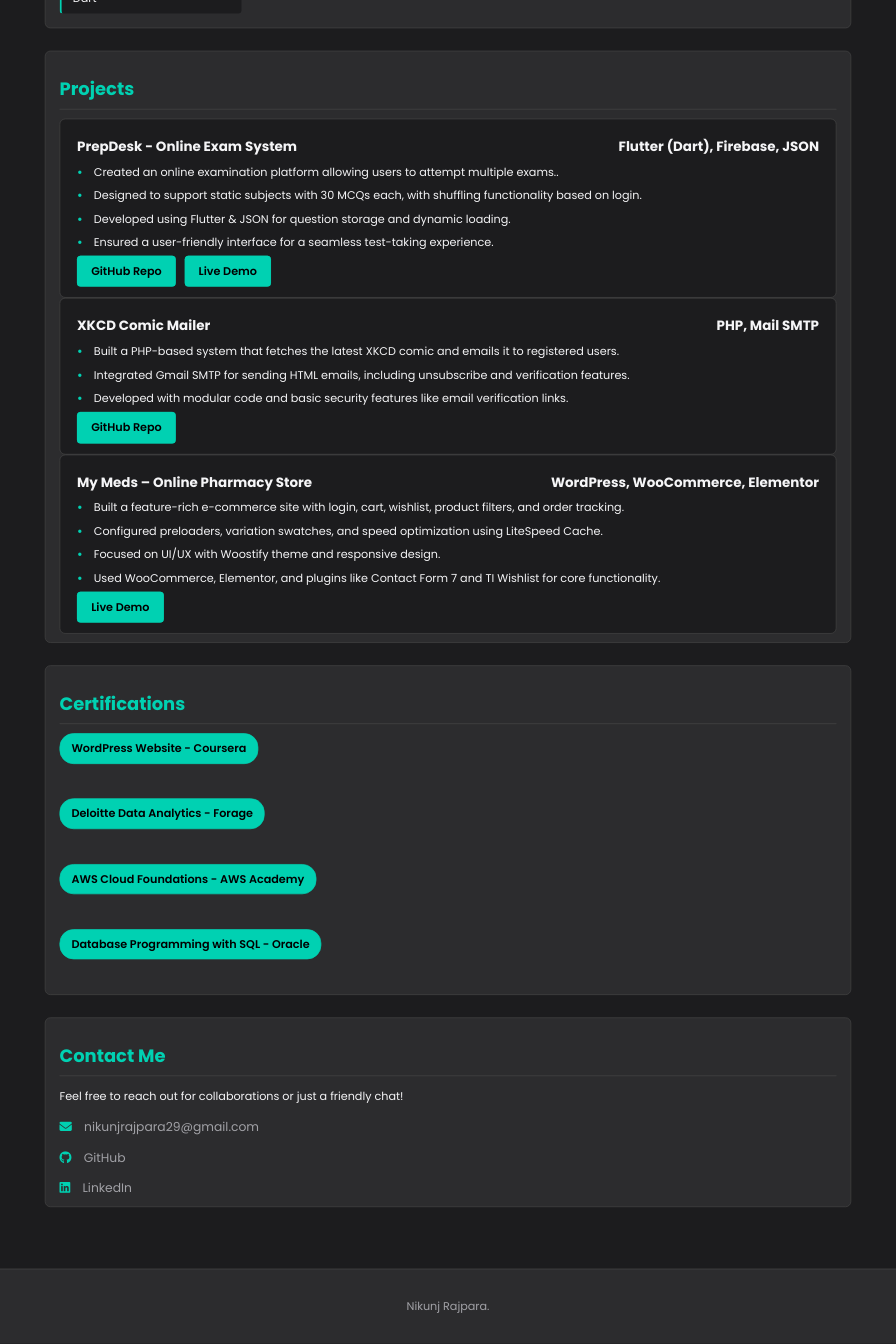
Repository: NikunjRajpara/portfolio
Page: index.html
The author's editor kept a copy of each file at every save. The page is drawn from the files as they stood at one save, then again after the next save.
The browser window is 1280 px wide. The pictures show the part of the page from y = 1928 to 3848 px (the page is 3848 px tall before and 3538 px after), at 70% of full size.

Above is the page before, as saved 2025-07-23 11:15:20.

### index.html
<!DOCTYPE html>
<html lang="en">
<head>
    <meta charset="UTF-8">
    <meta name="viewport" content="width=device-width, initial-scale=1.0">
    <title>Nikunj Rajpara | Personal Portfolio</title>
    <link rel="stylesheet" href="style.css">
    <link rel="preconnect" href="https://fonts.googleapis.com">
    <link rel="preconnect" href="https://fonts.gstatic.com" crossorigin>
    <link href="https://fonts.googleapis.com/css2?family=Poppins:wght@300;400;600;700&display=swap" rel="stylesheet">
    <link rel="stylesheet" href="https://cdnjs.cloudflare.com/ajax/libs/font-awesome/6.5.1/css/all.min.css">
</head>
<body>

    <!-- Header Section -->
    <header>
        <nav>
            <div class="logo">Nikunj Rajpara</div>
            <ul class="nav-links">
  <li><a href="#about">About</a></li>
  <li><a href="#education">Education</a></li>
  <li><a href="#experience">Experience</a></li>
  <li><a href="#skills">Skills</a></li>
  <li><a href="#projects">Projects</a></li>
  <li><a href="#certifications">Certifications</a></li>
  <li><a href="#contact">Contact</a></li>
</ul>

        </nav>
    </header>

    <!-- Main Content -->
    <main>
        <!-- Hero Section -->
        <section id="hero">
            <div class="hero-content">
                <img src="https://github.com/user-attachments/assets/263757a8-381b-4890-8bf0-0c66ba8d1ebf" alt="Profile Picture of Nikunj Rajpara" class="profile-img">
                <div class="hero-text">
                    <h1>MERN Stack Developer</h1>
                    <p>A passionate developer focused on building secure, scalable, and modern web applications.</p>
                </div>
            </div>
        </section>

        <!-- About Section -->
        <section id="about">
            <h2>About Me</h2>
            <div class="About-item">
            <ul class="introduction">
                    <li>I'm a Computer Engineering student at Marwadi University, passionate about exploring how technology works and bringing ideas to life through hands-on experience. With a strong foundation, I am sharpening my skills as a Mern Stack Intern at BrainyBeam Technologies.</li>
                    <li> I thrive on turning ideas into functional, scalable solutions. With hands-on experience and a solid understanding, I am now expanding my horizons into open-source development. I’ve learned the importance of clean code, version control, and team collaboration — all principles I carry into every project.</li>
                    <li> I’m actively seeking internship opportunities in software development and tech-driven roles where I can grow, collaborate, and make an impact.</li>
                    <li>Let’s connect!</li>
                    </div>
        </section>

        <!-- Education Section -->
<section id="education">
  <h2>Education</h2>
  <div class="education-item">
    <p><strong>Marwadi University, Rajkot</strong></p>
    <p><strong>Computer Engineering - Diploma</strong><br>Oct 2020 - May 2023 | CGPA: 8.13</p>
  </div>
  <div class="education-item">
    <p><strong>Marwadi University, Rajkot</strong></p>
    <p><strong>Computer Engineering - B. Tech</strong><br>Sept 2023 - May 2026</p>
  </div>
</section>

        <!-- Experience Section -->
        <section id="experience">
            <h2>Experience</h2>
            <div class="experience-item">
                <div class="experience-header">
                    <h3>Brainy Beam Technologies | MERN Stack Intern</h3>
                    <span class="experience-location">Ahmedabad, Gujarat | May 2025 – June 2025</span>
                </div>
                <ul class="experience-details">
                    <li>Developed secure authentication and registration flows with real-time validation and structured error handling.</li>
                    <li>Built Core page layouts including routing, profile modules, and dashboard navigation with a clean, scalable architecture.</li>
                    <li>Followed modern web development standards and clean code practices, ensuring maintainability, performance, and security.</li>
                </ul>
            </div>
        </section>

        <!-- Skills Section -->
        <section id="skills">
            <h2>My Skills</h2>
            <div class="skills-container">
                <div class="skill-category">
                    <h3>Programming Languages</h3>
                    <ul>
                        <li>PHP</li>
                        <li>HTML & CSS</li>
                        <li>JavaScript</li>
                        <li>SQL</li>
                        <li>Dart</li>
                    </ul>
                </div>
                <div class="skill-category">
                    <h3>Libraries & Frameworks</h3>
                    <ul>
                        <li>React</li>
                        <li>Node</li>
                        <li>Flutter</li>
                    </ul>
                </div>
                <div class="skill-category">
                    <h3>Tools & Platforms</h3>
                    <ul>
                        <li>VS Code</li>
                        <li>Git & GitHub</li>
                        <li>Netlify</li>
                    </ul>
                </div>
                <div class="skill-category">
                    <h3>Databases</h3>
                    <ul>
                        <li>MySQL</li>
                        <li>Firebase</li>
                    </ul>
                </div>
            </div>
        </section>

        <!-- Projects Section -->
        <section id="projects">
            <h2>Projects</h2>
            <div class="project-card">
                <div class="project-header">
                    <h3>PrepDesk - Online Exam System</h3>
                    <span class="project-tech">Flutter (Dart), Firebase, JSON</span>
                </div>
                <ul class="project-details">
                    <li>Created an online examination platform allowing users to attempt multiple exams..</li>
                    <li>Designed to support static subjects with 30 MCQs each, with shuffling functionality based on login.</li>
                    <li>Developed using Flutter & JSON for question storage and dynamic loading.</li>
                    <li>Ensured a user-friendly interface for a seamless test-taking experience.</li>
                <div class="project-links">
                    <a href="https://github.com/NikunjRajpara/prepdesk" class="btn-link">GitHub Repo</a>
                    <a href="https://prepdeskexam.netlify.app/" class="btn-link">Live Demo</a>
                </div>
            </div>

            <div class="project-card">
  <div class="project-header">
    <h3>XKCD Comic Mailer</h3>
    <span class="project-tech">PHP, Mail SMTP</span>
  </div>
  <ul class="project-details">
    <li>Built a PHP-based system that fetches the latest XKCD comic and emails it to registered users.</li>
    <li>Integrated Gmail SMTP for sending HTML emails, including unsubscribe and verification features.</li>
    <li>Developed with modular code and basic security features like email verification links.</li>
  </ul>
  <div class="project-links">
    <a href="https://github.com/NikunjRajpara/XKCD-Comic" class="btn-link">GitHub Repo</a>
  </div>
</div>

<div class="project-card">
  <div class="project-header">
    <h3>My Meds – Online Pharmacy Store</h3>
    <span class="project-tech">WordPress, WooCommerce, Elementor</span>
  </div>
  <ul class="project-details">
    <li>Built a feature-rich e-commerce site with login, cart, wishlist, product filters, and order tracking.</li>
    <li>Configured preloaders, variation swatches, and speed optimization using LiteSpeed Cache.</li>
    <li>Focused on UI/UX with Woostify theme and responsive design.</li>
    <li>Used WooCommerce, Elementor, and plugins like Contact Form 7 and TI Wishlist for core functionality.</li>
  </ul>
  <div class="project-links">
    <a href="https://mymeds.42web.io/" class="btn-link">Live Demo</a>
  </div>
</div>

        </section>

       <!-- Certifications Section -->
<section id="certifications">
  <h2>Certifications</h2>
  <div class="certifications-container">
    <a href="https://www.coursera.org/account/accomplishments/verify/JCHUG2V3B9CD" target="_blank" class="cert-badge">WordPress Website - Coursera</a><br>
    <a href="https://forage-uploads-prod.s3.amazonaws.com/completion-certificates/9PBTqmSxAf6zZTseP/io9DzWKe3PTsiS6GG_9PBTqmSxAf6zZTseP_cTxrjBYMDmJePsFNL_1745661196625_completion_certificate.pdf" target="_blank" class="cert-badge">Deloitte Data Analytics - Forage</a><br>
    <a href="https://www.credly.com/badges/220a269f-0b0c-48c9-b872-8cb1258a5f5d" target="_blank" class="cert-badge">AWS Cloud Foundations - AWS Academy</a><br>
    <a href="https://drive.google.com/file/d/12mJQulLoDs20k5aMf6YPIAZCJ1PORaJe/view" target="_blank" class="cert-badge">Database Programming with SQL - Oracle</a><br>
  </div>
</section>



        <!-- Contact Section -->
        <aside id="contact">
            <h2>Contact Me</h2>
            <p>Feel free to reach out for collaborations or just a friendly chat!</p>
            <div class="contact-links">
                <a href="mailto:nikunjrajpara29@gmail.com"><i class="fas fa-envelope"></i> nikunjrajpara29@gmail.com</a>
                <a href="https://github.com/NikunjRajpara"><i class="fab fa-github"></i> GitHub</a>
                <a href="https://www.linkedin.com/in/nikunj-rajpara-4628a0247/"><i class="fab fa-linkedin"></i> LinkedIn</a>
            </div>
        </aside>
    </main>

    <!-- Footer -->
    <footer>
        <p>Nikunj Rajpara.</p>
    </footer>

</body>
</html>

### style.css
/* CSS Variables for easy color changes */
:root {
    --primary-neon: #00d1b2; /* A vibrant, modern teal/neon color */
    --background-dark: #1c1c1e;
    --content-dark: #2c2c2e;
    --text-light: #f5f5f7;
    --text-muted: #a1a1a6;
    --border-color: #444;
}

/* FIX: This tells the browser to leave 80px of space at the top when scrolling to an element */
html {
    scroll-behavior: smooth;
    scroll-padding-top: 80px;
}

/* General Body Styles */
body {
    font-family: 'Poppins', sans-serif;
    margin: 0;
    padding: 0;
    background-color: var(--background-dark);
    color: var(--text-light);
    line-height: 1.6;
}

/* Header and Navigation */
header {
    background-color: var(--content-dark);
    box-shadow: 0 2px 4px rgba(0,0,0,0.3);
    padding: 1rem 5%;
    position: sticky;
    top: 0;
    z-index: 1000;
}

nav {
    display: flex;
    justify-content: space-between;
    align-items: center;
}

.logo {
    font-size: 1.5rem;
    font-weight: 700;
    color: var(--primary-neon);
    text-shadow: 0 0 5px rgba(0, 209, 178, 0.7);
}

.nav-links {
    list-style: none;
    display: flex;
    gap: 1.5rem;
    margin: 0;
    padding: 0;
}

.nav-links a {
    text-decoration: none;
    color: var(--text-muted);
    font-weight: 600;
    transition: color 0.3s ease, text-shadow 0.3s ease;
}

.nav-links a:hover {
    color: var(--primary-neon);
    text-shadow: 0 0 3px rgba(0, 209, 178, 0.5);
}

/* Main Content and Sections */
main {
    padding: 1.5rem 5%;
}

section, aside {
    margin-bottom: 2rem;
    padding: 0.75rem 1.25rem; /* Reduced top and bottom padding */
    background-color: var(--content-dark);
    border-radius: 8px;
    border: 1px solid var(--border-color);
}

h1, h2, h3 {
    color: var(--text-light);
}

h1 {
    font-size: 2.5rem;
    margin-bottom: 0.5rem;
}

h2 {
    font-size: 1.6rem;
    color: var(--primary-neon);
    margin-bottom: 0.8rem;
    border-bottom: 1px solid var(--border-color);
    padding-bottom: 0.5rem;
}

/* Hero Section */
#hero {
    background: none;
    border: none;
    text-align: center;
    padding-top: 1rem;
}

.hero-content {
    display: flex;
    flex-direction: column;
    align-items: center;
    gap: 0.5rem; /* Reduced gap */
}

.profile-img {
    width: 150px;
    height: 150px;
    border-radius: 50%;
    border: 4px solid var(--primary-neon);
    box-shadow: 0 0 25px rgba(0, 209, 178, 0.5);
}

.hero-text h1 {
    color: var(--text-light);
    font-weight: 700;
    margin: 0; /* Removed all margins */
    line-height: 1.2; /* Tightened line height */
}

.hero-text p {
    font-size: 1.1rem;
    color: var(--text-muted);
    font-weight: 300;
    margin: 0; /* Removed all margins */
}

.introduction {
    list-style: none;
    padding-left: 0;
    margin: 0;
}
.About-item {
    background: var(--background-dark);
    padding: 1.5rem;
    border-radius: 8px;
    border: 1px solid var(--border-color);
}
.introduction{
    padding-left: 1.5rem;
    position: relative;
    margin-bottom: 0.5rem;
}

.introduction li::before {
    content: '•';
    color: var(--primary-neon);
    font-weight: bold;
    display: inline-block;
    position: absolute;
    left: 0;
}

/* Experience Section */
.experience-item {
    background: var(--background-dark);
    padding: 1.5rem;
    border-radius: 8px;
    border: 1px solid var(--border-color);
}

.experience-header {
    display: flex;
    justify-content: space-between;
    align-items: baseline;
    margin-bottom: 1rem;
}

.experience-header h3 {
    margin: 0;
    font-size: 1.2rem;
    font-weight: 700;
    color: var(--text-light);
}

.experience-location {
    font-size: 1.2rem;
    color: var(--text-light);
    font-style: normal;
    font-weight: 700;
    white-space: nowrap;
    padding-left: 1rem;
}

.experience-details {
    list-style: none;
    padding-left: 0;
    margin: 0;
}

.experience-details li {
    padding-left: 1.5rem;
    position: relative;
    margin-bottom: 0.5rem;
}

.experience-details li::before {
    content: '•';
    color: var(--primary-neon);
    font-weight: bold;
    display: inline-block;
    position: absolute;
    left: 0;
}

/* Skills Section */
.skills-container {
    display: grid;
    grid-template-columns: repeat(auto-fit, minmax(220px, 1fr));
    gap: 1.5rem;
}

.skill-category h3 {
    color: var(--primary-neon);
    font-size: 1.2rem;
    margin-bottom: 1rem;
}

.skill-category ul {
    list-style: none;
    padding: 0;
    margin: 0;
}

.skill-category li {
    background-color: var(--background-dark);
    padding: 0.6rem 1rem;
    margin-bottom: 0.5rem;
    border-radius: 5px;
    border-left: 3px solid var(--primary-neon);
    transition: transform 0.2s ease, box-shadow 0.2s ease;
}

.skill-category li:hover {
    transform: translateX(5px);
    box-shadow: 0 0 10px rgba(0, 209, 178, 0.3);
}


/* Projects Section */
.project-card {
    background: var(--background-dark);
    padding: 1.5rem;
    border-radius: 8px;
    border: 1px solid var(--border-color);
}

.project-header {
    display: flex;
    justify-content: space-between;
    align-items: baseline;
    margin-bottom: 0.5rem;
}

.project-header h3 {
    margin: 0;
    font-size: 1.2rem;
    font-weight: 700;
}

.project-tech {
    font-size: 1.2rem;
    color: var(--text-light);
    font-style: normal;
    font-weight: 700;
    white-space: nowrap;
    padding-left: 1rem;
}

.project-details {
    list-style: none;
    padding-left: 0;
    margin: 0;
}

.project-details li {
    padding-left: 1.5rem;
    position: relative;
    margin-bottom: 0.5rem;
}

.project-details li::before {
    content: '•';
    color: var(--primary-neon);
    font-weight: bold;
    display: inline-block;
    position: absolute;
    left: 0;
}

.project-links {
    margin-top: 1rem;
}

.btn-link {
    text-decoration: none;
    background-color: var(--primary-neon);
    color: #000;
    padding: 0.6rem 1.2rem;
    border-radius: 5px;
    font-weight: 600;
    transition: background-color 0.3s ease, box-shadow 0.3s ease;
    margin-right: 0.5rem;
    border: 1px solid var(--primary-neon);
}

.btn-link:hover {
    background-color: transparent;
    color: var(--primary-neon);
    box-shadow: 0 0 15px rgba(0, 209, 178, 0.6);
}

/* Contact Section */
#contact .contact-links {
    display: flex;
    flex-direction: column;
    gap: 1rem;
}

#contact .contact-links a {
    text-decoration: none;
    color: var(--text-muted);
    font-size: 1.1rem;
    transition: color 0.3s ease;
}

#contact .contact-links a:hover {
    color: var(--primary-neon);
}

#contact .contact-links i {
    margin-right: 0.8rem;
    color: var(--primary-neon);
}

/* Footer */
footer {
    text-align: center;
    padding: 1.5rem 5%;
    background-color: var(--content-dark);
    color: var(--text-muted);
    margin-top: 2rem;
    border-top: 1px solid var(--border-color);
}

/* Responsive Design */
@media (max-width: 768px) {
    nav {
        flex-direction: column;
        gap: 1rem;
    }

    .nav-links {
        flex-wrap: wrap;
        justify-content: center;
        gap: 0.5rem 1rem;
    }

    h1 {
        font-size: 2rem;
    }

    h2 {
        font-size: 1.5rem; /* Adjusted for mobile */
    }

    main {
        padding: 1.5rem 3%;
    }

    .skills-container {
        grid-template-columns: 1fr;
    }

    .experience-header,
    .project-header {
       flex-direction: column;
       align-items: flex-start;
       gap: 0.25rem;
    }
}

.certifications-container {
    display: flex;
    flex-direction: column;
    gap: 0.75rem;
    align-items: flex-start; /* Align badges to left without stretching */
}



.cert-badge {
    display: inline-block;
    width: auto;
    background-color: var(--primary-neon);
    color: #000;
    padding: 0.5rem 1rem;
    border-radius: 20px;
    font-weight: 600;
    text-decoration: none;
    transition: background-color 0.3s ease, color 0.3s ease, box-shadow 0.3s ease;
    border: 1px solid var(--primary-neon);
}

.cert-badge:hover {
    background-color: transparent;
    color: var(--primary-neon);
    box-shadow: 0 0 10px rgba(0, 209, 178, 0.6);
}

After the next save:
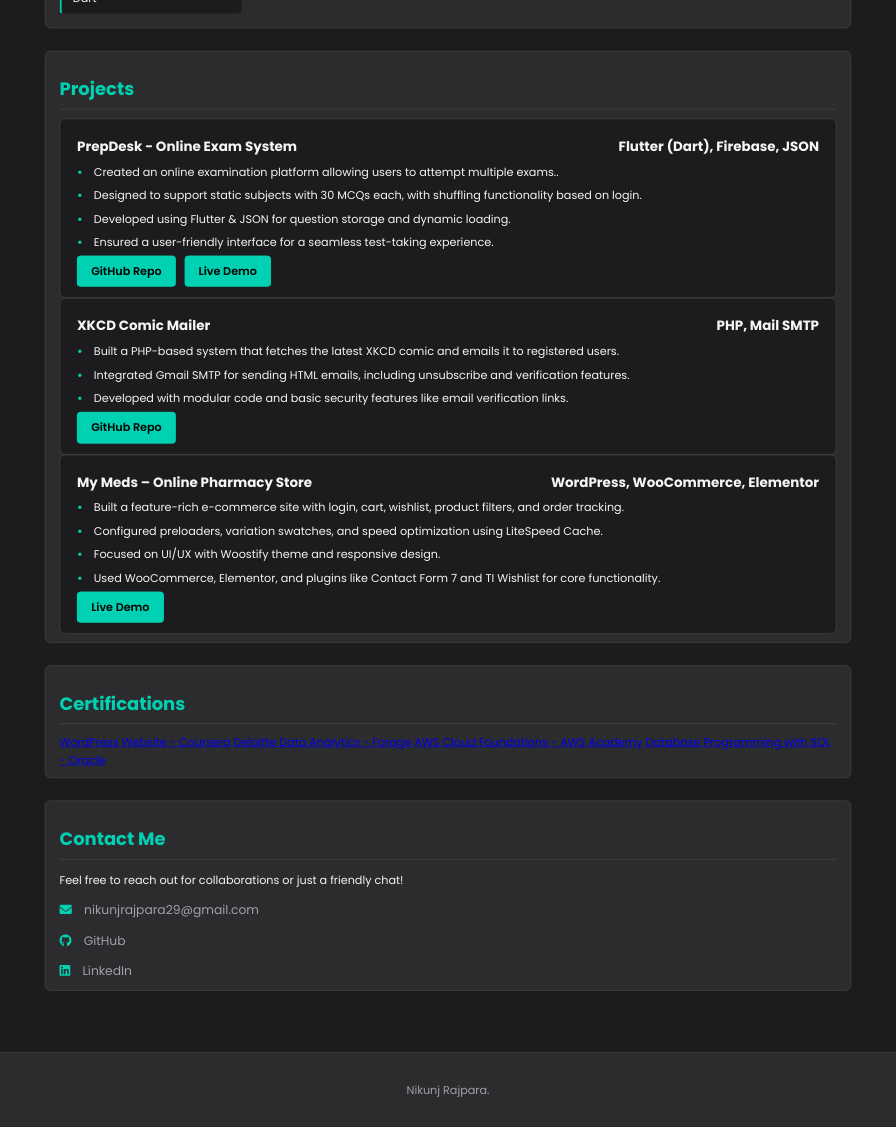
Saved 116 s later.
--- a/index.html
+++ b/index.html
@@ -175,16 +175,17 @@
 
         </section>
 
-       <!-- Certifications Section -->
+     <!-- Certifications Section -->
 <section id="certifications">
   <h2>Certifications</h2>
-  <div class="certifications-container">
-    <a href="https://www.coursera.org/account/accomplishments/verify/JCHUG2V3B9CD" target="_blank" class="cert-badge">WordPress Website - Coursera</a><br>
-    <a href="https://forage-uploads-prod.s3.amazonaws.com/completion-certificates/9PBTqmSxAf6zZTseP/io9DzWKe3PTsiS6GG_9PBTqmSxAf6zZTseP_cTxrjBYMDmJePsFNL_1745661196625_completion_certificate.pdf" target="_blank" class="cert-badge">Deloitte Data Analytics - Forage</a><br>
-    <a href="https://www.credly.com/badges/220a269f-0b0c-48c9-b872-8cb1258a5f5d" target="_blank" class="cert-badge">AWS Cloud Foundations - AWS Academy</a><br>
-    <a href="https://drive.google.com/file/d/12mJQulLoDs20k5aMf6YPIAZCJ1PORaJe/view" target="_blank" class="cert-badge">Database Programming with SQL - Oracle</a><br>
+  <div class="cert-links">
+    <a href="https://www.coursera.org/account/accomplishments/verify/JCHUG2V3B9CD" target="_blank">WordPress Website - Coursera</a>
+    <a href="https://forage-uploads-prod.s3.amazonaws.com/completion-certificates/9PBTqmSxAf6zZTseP/io9DzWKe3PTsiS6GG_9PBTqmSxAf6zZTseP_cTxrjBYMDmJePsFNL_1745661196625_completion_certificate.pdf" target="_blank">Deloitte Data Analytics - Forage</a>
+    <a href="https://www.credly.com/badges/220a269f-0b0c-48c9-b872-8cb1258a5f5d" target="_blank">AWS Cloud Foundations - AWS Academy</a>
+    <a href="https://drive.google.com/file/d/12mJQulLoDs20k5aMf6YPIAZCJ1PORaJe/view" target="_blank">Database Programming with SQL - Oracle</a>
   </div>
 </section>
+
 
 
 
